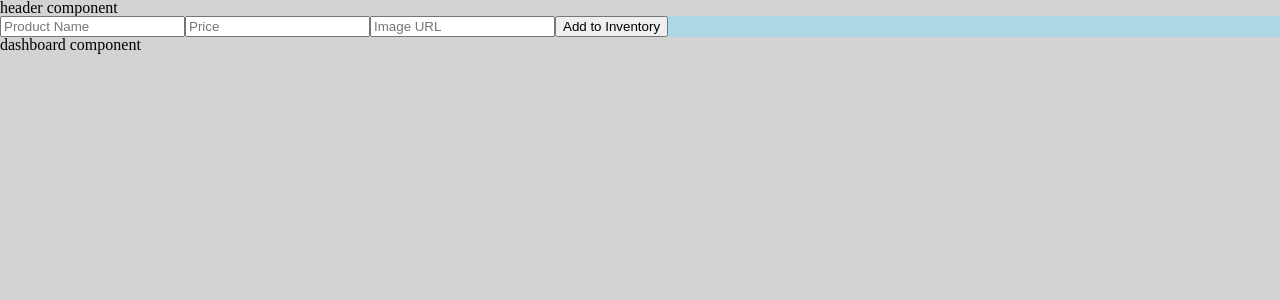
Repository: ooter37/shelfie
Page: /
The author's editor kept a copy of each file at every save. The page is drawn from the files as they stood at one save, then again after the next save.
The browser window is 1280 px wide. The pictures show the whole page.
The page's requests for data from a server got no answer. The project was rebuilt for these pictures with package versions that can differ from the ones it lists, and the page was loaded fresh each time. No one was signed in, and anything a server would have sent is missing. Also part of the build but not shown: src/Components/Product/Product.js.

Above is the page before, as saved 2020-04-03 17:14:52.

### src/App.js
import React from 'react';
import axios from 'axios';
import './reset.css'
import './App.css';
import Header from './Components/Header/Header'
import Dashboard from './Components/Dashboard/Dashboard'
import Form from './Components/Form/Form'

export default class App extends React.Component {
  constructor() {
    super()
    this.state = {
      inventory: [],
      selected: null
    }
    this.getInventory = this.getInventory.bind(this)
    this.setSelected = this.setSelected.bind(this)
  }

  componentDidMount() {
    this.getInventory()
  }
  getInventory() {
    axios.get('/api/inventory').then(res => {
      this.setState({
        inventory: res.data
      })
      }).catch(err => console.log(err))
  }

  setSelected(edit) {
    this.setState({
      selected: edit
    })
    console.log(this.state.selected)
  }

  render() {
  return (
    <div className="App">
      <Header/>
      <div className='dashboard-and-form'>
        <Form
          getInventory={this.getInventory}
          selected={this.state.selected}
          />
        <Dashboard
        inventory={this.state.inventory}
        getInventory={this.getInventory}
        setSelected={this.setSelected}
        />
      </div>
    </div>
  );
  }
}

### src/App.css
.App {
  height: 100vh;
  width: 100vw;
  background-color: lightgrey;
}

.form-component {
  background-color: lightblue;
}

.product-component {
  background-color: lightgreen;
}

### src/Components/Header/Header.js
import React from 'react'

export default class Header extends React.Component {
    // constructor() {
    //     super()
    // }
    render() {
        return (
            <div>header component</div>
        )
    }
}

### src/Components/Dashboard/Dashboard.js
import React from 'react'
import Product from '../Product/Product'
import axios from 'axios'

export default class Dashboard extends React.Component {
    // eslint-disable-next-line
    constructor(props) {
        super(props)
        this.deleteProduct = this.deleteProduct.bind(this)
    }

deleteProduct(id) {
    axios.delete(`/api/delete/${id}`).then (res => {
        this.props.getInventory()
    })
}

    render() {
        // console.log(this.props.inventory)
        const mappedInventory = this.props.inventory.map(elem => {
            return (
                <div key={elem.id}>
                <Product
                    product={elem.name}
                    price={elem.price}
                    img={elem.img}
                    deleteProduct={this.deleteProduct}
                    id={elem.id}
                    setSelected={this.props.setSelected}
                />
                </div>
            )
        })
        return (
            <div>
                dashboard component
                {mappedInventory}

            </div>
        )
    }
}

### src/Components/Form/Form.js
import React from 'react'
import axios from 'axios'

export default class Form extends React.Component {
    constructor(props) {
        super(props)
        this.state = {
            name: '',
            price: '',
            img: ''
        }
        this.nameChangeHandler = this.nameChangeHandler.bind(this)
        this.priceChangeHandler = this.priceChangeHandler.bind(this)
        this.imgChangeHandler = this.imgChangeHandler.bind(this)
        this.resetButton = this.resetButton.bind(this)
        this.addProduct = this.addProduct.bind(this)
        this.getProduct = this.getProduct.bind(this)
    }

    componentDidUpdate(oldProps, oldState) {
        if (oldProps !== this.props) {
            this.getProduct(this.props.selected)
        }
    }

    getProduct(id) {
        axios.get(`/api/current/${id}`).then (res => {
            console.log(res.data)
            console.log(res.data[0].name)
            this.setState({
                name: res.data[0].name,
                price: res.data[0].price,
                img: res.data[0].img
            })
        })
    }
    updateProduct(id) {
        axios.put(`/api/update/${id}`, {
            name: this.state.name,
            price: this.state.price,
            image: this.state.img
        }).then (res => {
            this.props.getInventory()
        })
    }
    addProduct() {
        axios.post('/api/product', {
            name: this.state.name,
            price: this.state.price,
            image: this.state.img
        }).then(res => {
            this.props.getInventory()
            this.resetButton()
        })
    }

    nameChangeHandler(e) {
        this.setState({
            name: e.target.value
        })
    }
    priceChangeHandler(e) {
        this.setState({
            price: e.target.value
        })
    }
    imgChangeHandler(e) {
        this.setState({
            img: e.target.value
        })
    }
    resetButton() {
        this.setState({
            name: '',
            price: 0,
            img: ''
        })
    }

    render() {
        return (
            <div className='form-component'>
                <input
                    name='productName'
                    value={this.state.name}
                    onChange={e => this.nameChangeHandler(e)}
                    placeholder='Product Name'
                    ></input>
                <input
                    name='producePrice'
                    value={this.state.price}
                    onChange={e => this.priceChangeHandler(e)}
                    placeholder='Price'
                ></input>
                <input
                    name='productImage'
                    value={this.state.img}
                    onChange={e => this.imgChangeHandler(e)}
                    placeholder='Image URL'
                ></input>
                <button
                    onClick={this.addProduct}
                >Add to Inventory</button>

                <button hidden='true'
                    onClick={this.resetButton}
                >Clear</button>
            </div>
        )
    }
}

Loaded but not shown: public/index.html (common file); src/index.js (common file); src/index.css (common file); src/serviceWorker.js (common file); src/reset.css (common file)

After the next save:
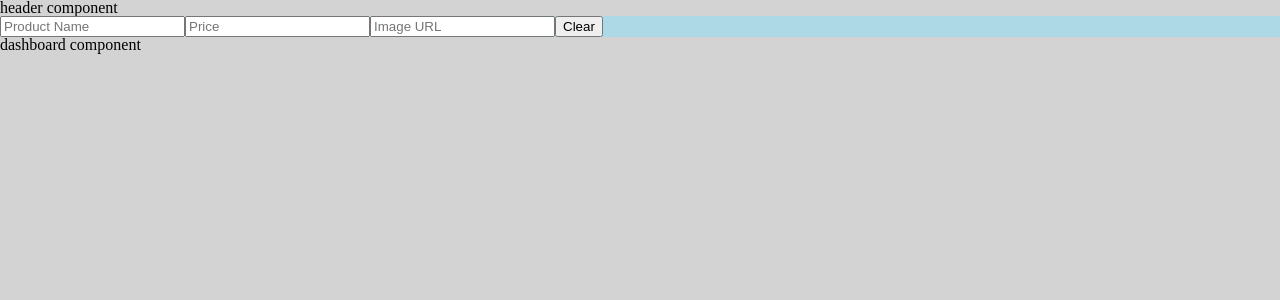
Saved 15 s later.
--- a/src/Components/Form/Form.js
+++ b/src/Components/Form/Form.js
@@ -98,11 +98,11 @@ export default class Form extends React.Component {
                     onChange={e => this.imgChangeHandler(e)}
                     placeholder='Image URL'
                 ></input>
-                <button
+                <button hidden='true'
                     onClick={this.addProduct}
                 >Add to Inventory</button>
 
-                <button hidden='true'
+                <button
                     onClick={this.resetButton}
                 >Clear</button>
             </div>
